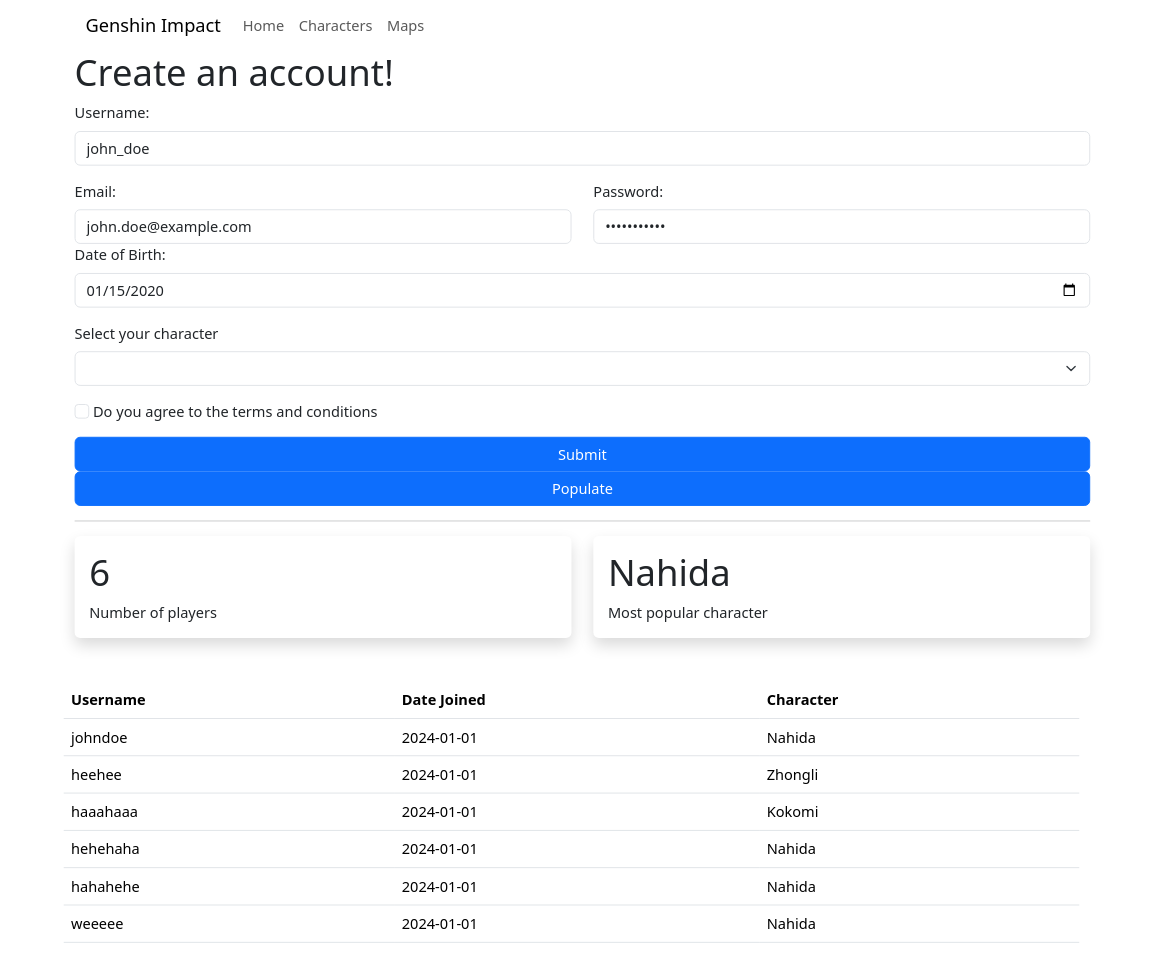
Repository: pendragons-code/BootStrap-Lesson
Page: static/html/genshin_account.html
These files come from the project's save history. The page is drawn as it stood at one moment and after the next save; the edit follows.
The browser window is 1280 px wide. The pictures show the whole page, at 91% of full size.
Empty fields were first filled with sample values (such as "Sample", 5 or name@example.com).
After loading, the first visible `form.container` was submitted once.

Above is the page before, as saved 2024-07-22 14:06:57.
Console error: TypeError: Cannot set properties of null (setting 'value')

### static/html/genshin_account.html
<!DOCTYPE html>
<html lang="en">

<head>
	<meta charset="UTF-8">
	<meta name="viewport" content="width=device-width, initial-scale=1.0">
	<link href="https://cdn.jsdelivr.net/npm/bootstrap@5.3.3/dist/css/bootstrap.min.css" rel="stylesheet"
		integrity="sha384-QWTKZyjpPEjISv5WaRU9OFeRpok6YctnYmDr5pNlyT2bRjXh0JMhjY6hW+ALEwIH" crossorigin="anonymous">
	<script src="https://cdn.jsdelivr.net/npm/bootstrap@5.3.3/dist/js/bootstrap.bundle.min.js"
		integrity="sha384-YvpcrYf0tY3lHB60NNkmXc5s9fDVZLESaAA55NDzOxhy9GkcIdslK1eN7N6jIeHz"
		crossorigin="anonymous"></script>
	<script src="/js/genshin_users.js" defer></script>
	<script src="/js/genshin_form.js" defer></script>
	<title>Document</title>
</head>

<body>
	<div class="container">
		<nav class="navbar navbar-expand-sm bg-body-primary">
			<div class="container-fluid">
				<a class="navbar-brand" href="#">Genshin Impact</a>
				<button class="navbar-toggler" type="button" data-bs-toggle="collapse" data-bs-target="#navbarNav"
					aria-controls="navbarNav" aria-expanded="false" aria-label class="form-label"="Toggle navigation">
					<span class="navbar-toggler-icon"></span>
				</button>
				<div class="collapse navbar-collapse" id="navbarNav">
					<ul class="navbar-nav">
						<li class="nav-item">
							<a class="nav-link" href="#">Home</a>
						</li>
						<li class="nav-item">
							<a class="nav-link" href="#">Characters</a>
						</li>
						<li class="nav-item">
							<a class="nav-link" href="#">Maps</a>
						</li>
					</ul>
				</div>
			</div>
		</nav>
	</div>

	<form action="#" method="POST" class="container needs-validation" novalidate>
		<h1 class="display1">Create an account!</h1>
		<div class="row">
			<div class="col mb-3">
				<label class="form-label" for="usernameField">Username: </label>
				<input required=true class="form-control" type="text" id="usernameField"
					placeholder="Enter your username" name="username">
				<div class="invalid-feedback">Please provide valid username</div>
			</div>
		</div>

		<div class="row">
			<div class="col mb-3-12 col mb-3-sm-6">
				<label class="form-label" for="emailField">Email:</label>
				<input required=true class="form-control" type="email" id="emailField" placeholder="Enter your email"
					name="email">
				<div class="invalid-feedback">Please provide valid email</div>
			</div>

			<div class="col mb-3-12 col mb-3-sm-6">
				<label class="form-label" for="passwordField">Password: </label>
				<input required=true class="form-control" type="password" id="passwordField" name="password">
				<div class="invalid-feedback">Please provide valid password</div>
			</div>
		</div>

		<div class="row">
			<div class="col mb-3">
				<label class="form-label" for="dateOfBirth">Date of Birth: </label>
				<input class="form-control" type="date" id="dateOfBirth">
			</div>
		</div>


		<div class="row">
			<div class="col mb-3">
				<label class="form-label" for="character">Select your character</label>
				<select id="character" class="form-select" required=true>
					<div class="invalid-feedback">Please select character</div>
					<option></option>
					<option>Zhongli</option>
					<option>Nahida</option>
					<option>Kokomi</option>
					<option>Raiden</option>
				</select>
			</div>
		</div>


		<div class="row">
			<div class="col mb-3">
				<input required=true class="form-check-input required=true" type="checkbox" name="terms"
					id="termsField">
				<div class="invalid-feedback">Please agree to the terms and conditions</div>
				<label class="form-check-label" for="termsField">Do you agree to the terms and conditions</label>
			</div>
		</div>
		<div class="d-grid">
			<button type="submit" class="btn btn-primary">Submit</button>
			<button type="button" onclick="dummyData()" class="btn btn-primary">Populate</button>
		</div>

	</form>
	<div class="container">
		<hr>
		<div class="row">
			<div class="col">
				<div class="shadow p-3 mb-5 bg-body rounded">
					<h1 id="playerCount">0</h1>
					<div>Number of players</div>
				</div>
			</div>
			<div class="col">
				<div class="shadow p-3 mb-5 bg-body rounded">
					<h1>Nahida</h1>
					<div>Most popular character</div>
				</div>
			</div>
			<div class="row">
				<table class="table">
					<thead>
						<tr>
							<th scope="col">Username</th>
							<th scope="col">Date Joined</th>
							<th scope="col">Character</th>
						</tr>
					</thead>
					<tbody id="playerTableBody"></tbody>
				</table>
			</div>
		</div>
	</div>
</body>

</html>

### static/js/genshin_users.js
"use strict";

let users = [
	{
		username: "johndoe",
		character: "Nahida",
		dateJoined: "2024-01-01"
	},
	{
		username: "heehee",
		character: "Zhongli",
		dateJoined: "2024-01-01"
	},
	{
		username: "haaahaaa",
		character: "Kokomi",
		dateJoined: "2024-01-01"
	},
	{
		username: "hehehaha",
		character: "Nahida",
		dateJoined: "2024-01-01"
	},
	{
		username: "hahahehe",
		character: "Nahida",
		dateJoined: "2024-01-01"
	},
	{
		username: "weeeee",
		character: "Nahida",
		dateJoined: "2024-01-01"
	},
];

### static/js/genshin_form.js
"use strict";

updatePlayerCount();
function updatePlayerCount() {
	let playerCountElement = document.getElementById("playerCount");
	playerCountElement.innerHTML = users.length;
}

function updatePlayerTable() {
	let tbodyElement = document.getElementById("playerTableBody");
	let tableBodyHtml = "";
	for(let user of users) {
		tableBodyHtml += `<tr><td>${user.username}</td> <td>${user.dateJoined}</td> <td>${user.character}</td></tr>`;
	}
	console.log(tableBodyHtml)
	tbodyElement.innerHTML = tableBodyHtml;
}
updatePlayerTable();

function dummyData() {
	var dummyData = {
		username: "john_doe",
		email: "john.doe@example.com",
		password: "password123",
		dob: "1990-01-01",
		characters: "Nahida",
		terms: true
	}

	document.getElementById("usernameField").value = dummyData.username;
	document.getElementById("emailField").value = dummyData.email;
	document.getElementById("passwordField").value = dummyData.password;
	document.getElementById("dobField").value = dummyData.dob;
	document.getElementById("charactersField").value = dummyData.characters;
	document.getElementById("termsField").value = dummyData.terms;

}

function  updateUserDatabase() {

	var dummyData = {
		username: "john_doe",
		email: "john.doe@example.com",
		password: "password123",
		dob: "1990-01-01",
		characters: "Nahida",
		terms: true
	}

	document.getElementById("usernameField").value = dummyData.username;
	document.getElementById("emailField").value = dummyData.email;
	document.getElementById("passwordField").value = dummyData.password;
	document.getElementById("dobField").value = dummyData.dob;
	document.getElementById("charactersField").value = dummyData.characters;
	document.getElementById("termsField").value = dummyData.terms;

}


		// Fetch all the forms we want to apply custom Bootstrap validation styles to
		var forms = document.querySelectorAll('.needs-validation')
		// Loop over them and prevent submission
		Array.prototype.slice.call(forms)
			.forEach(function (form) {
				form.addEventListener('submit', event => {
					event.preventDefault()
					event.stopPropagation()
					if (!form.checkValidity()) {
						updateUserDatabase();

					}
					form.classList.add('was-validated')
				}, false)
			})

After the next save:
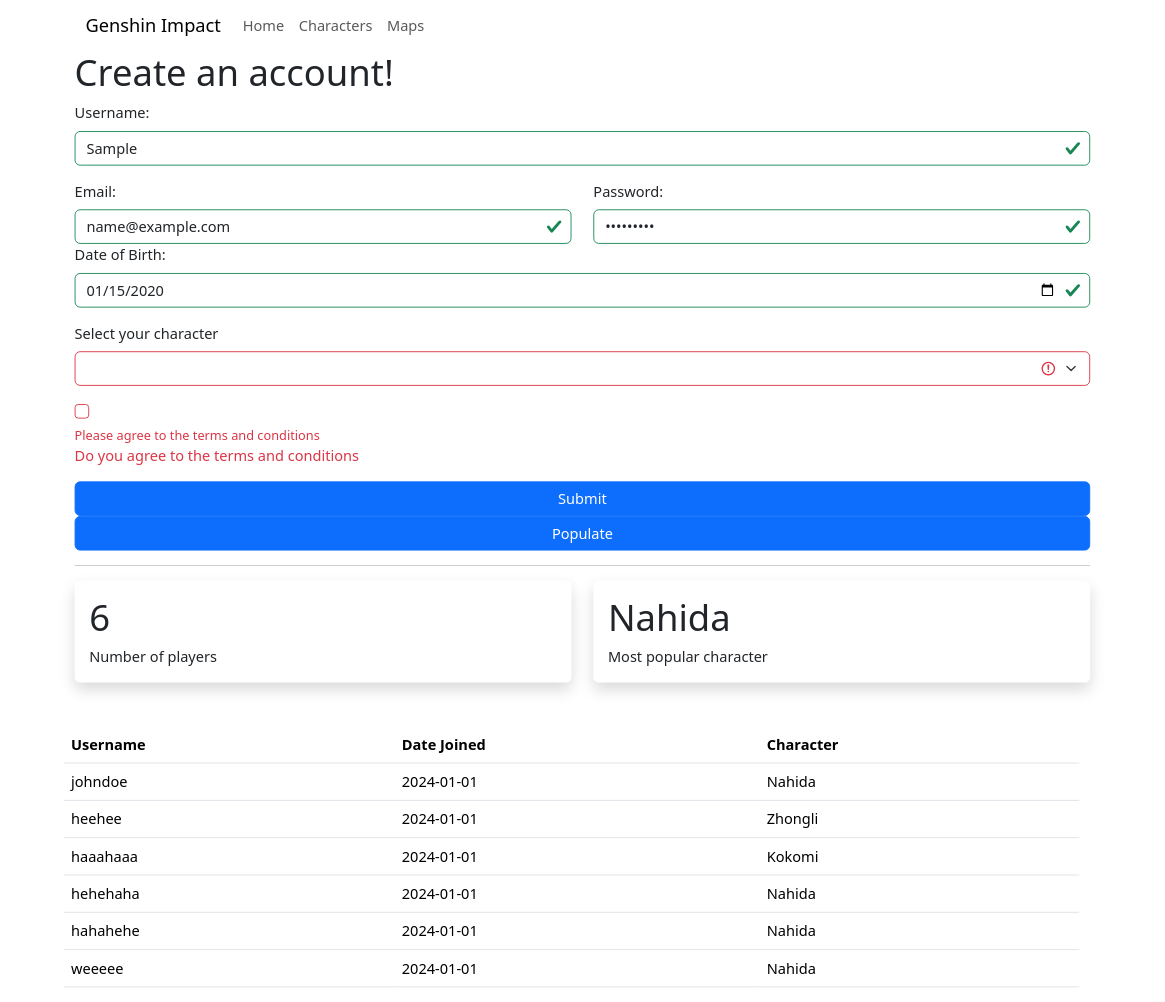
The error is gone.
Saved 6 s later.
--- a/static/js/genshin_form.js
+++ b/static/js/genshin_form.js
@@ -38,21 +38,6 @@
 
 function  updateUserDatabase() {
 
-	var dummyData = {
-		username: "john_doe",
-		email: "john.doe@example.com",
-		password: "password123",
-		dob: "1990-01-01",
-		characters: "Nahida",
-		terms: true
-	}
-
-	document.getElementById("usernameField").value = dummyData.username;
-	document.getElementById("emailField").value = dummyData.email;
-	document.getElementById("passwordField").value = dummyData.password;
-	document.getElementById("dobField").value = dummyData.dob;
-	document.getElementById("charactersField").value = dummyData.characters;
-	document.getElementById("termsField").value = dummyData.terms;
 
 }
 
